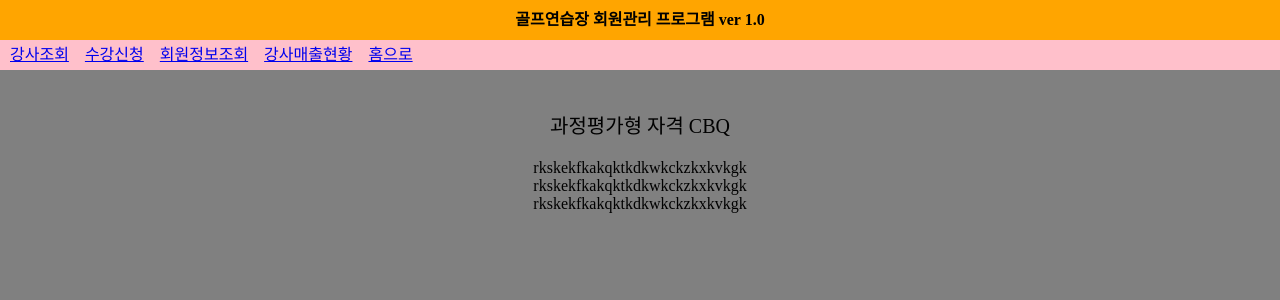
Repository: wjdwlgns1101/school_hrd
Page: http://localhost/hrd_30111_1_/
The author's editor kept a copy of each file at every save. The page is drawn from the files as they stood at one save, then again after the next save.
The browser window is 1280 px wide. The pictures show the whole page.
The page is served by Tomcat 9.

Above is the page before, as saved 2024-05-06 13:57:24.

### hrd_30111_(1)/hrd_30111(1)/src/main/webapp/index.jsp
<%@ page language="java" contentType="text/html; charset=UTF-8"
    pageEncoding="UTF-8"%>
<!DOCTYPE html>
<html>
<head>
<meta charset="UTF-8">
<title>Insert title here</title>
</head>
<body>
<jsp:include page="header.jsp"></jsp:include>
<section style="position: fixed; background-color: gray; top: 70px; text-align: center; left: 0; width: 100%; height: 100%; padding-top: 20px;">
<p style="font-size: 20px;">과정평가형 자격 CBQ<p>

<p>
	rkskekfkakqktkdkwkckzkxkvkgk <br>
	rkskekfkakqktkdkwkckzkxkvkgk <br>
	rkskekfkakqktkdkwkckzkxkvkgk <br>


</p>


</section>


<jsp:include page="footer.jsp"></jsp:include>
</body>
</html>

### hrd_30111_(1)/hrd_30111(1)/src/main/webapp/header.jsp
<%@ page language="java" contentType="text/html; charset=UTF-8"
    pageEncoding="UTF-8"%>
<!DOCTYPE html>
<html>
<head>
<meta charset="UTF-8">
<title>Insert title here</title>
</head>
<body>
<header style="position: fixed; background-color: orange; width: 100%; height: 40px; padding: 0; left: 0; top: 0; text-align: center; line-height: 40px;'">
	<b>골프연습장 회원관리 프로그램 ver 1.0</b>

<nav style="background-color: pink; text-align: left; padding-left: 10px; height: 30px; line-height: 30px;" >

	<a href="#">강사조회</a> &nbsp;&nbsp;
	<a href="#">수강신청</a> &nbsp;&nbsp;
	<a href="#">회원정보조회</a> &nbsp;&nbsp;
	<a href="#">강사매출현황</a> &nbsp;&nbsp;
	<a href="index.jsp">홈으로</a>

</nav>

</header>


</body>
</html>

Loaded but not shown: hrd_30111_(1)/hrd_30111(1)/src/main/webapp/footer.jsp (common file)

After the next save:
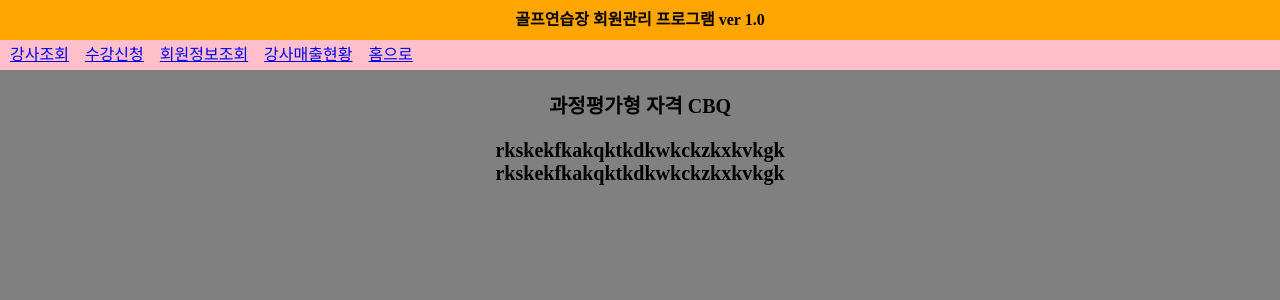
Saved 11 s later.
--- a/hrd_30111_(1)/hrd_30111(1)/src/main/webapp/index.jsp
+++ b/hrd_30111_(1)/hrd_30111(1)/src/main/webapp/index.jsp
@@ -9,12 +9,12 @@
 <body>
 <jsp:include page="header.jsp"></jsp:include>
 <section style="position: fixed; background-color: gray; top: 70px; text-align: center; left: 0; width: 100%; height: 100%; padding-top: 20px;">
-<p style="font-size: 20px;">과정평가형 자격 CBQ<p>
+<b style="font-size: 20px;">과정평가형 자격 CBQ<b>
 
 <p>
 	rkskekfkakqktkdkwkckzkxkvkgk <br>
 	rkskekfkakqktkdkwkckzkxkvkgk <br>
-	rkskekfkakqktkdkwkckzkxkvkgk <br>
+
 
 
 </p>
